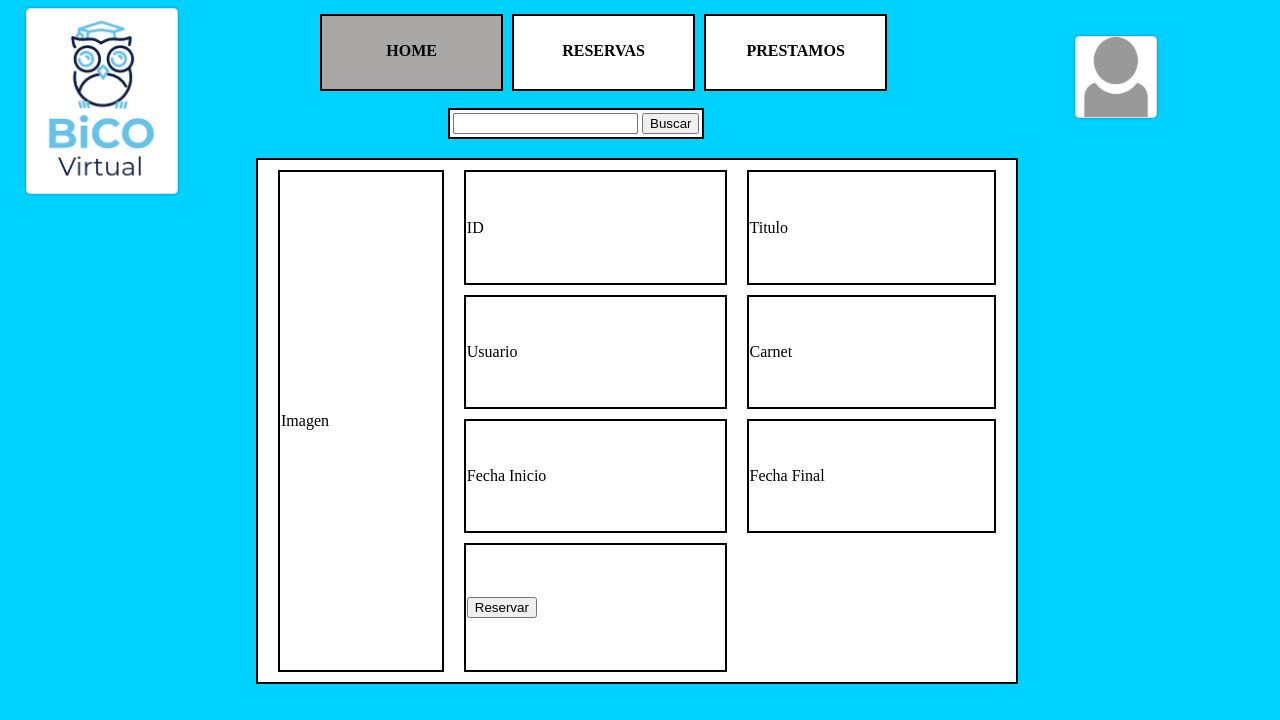
Repository: i72frpeu/IW_Bien
Page: http://localhost/Trabajo_IW/Vistas/Reserva.jsp
These files come from the project's save history. The page is drawn as it stood at one moment and after the next save; the edit follows.
The browser window is 1280 px wide. The pictures show the whole page.
The page is served by Tomcat 9.

Above is the page before, as saved 2020-05-16 20:04:11.

After the next save:
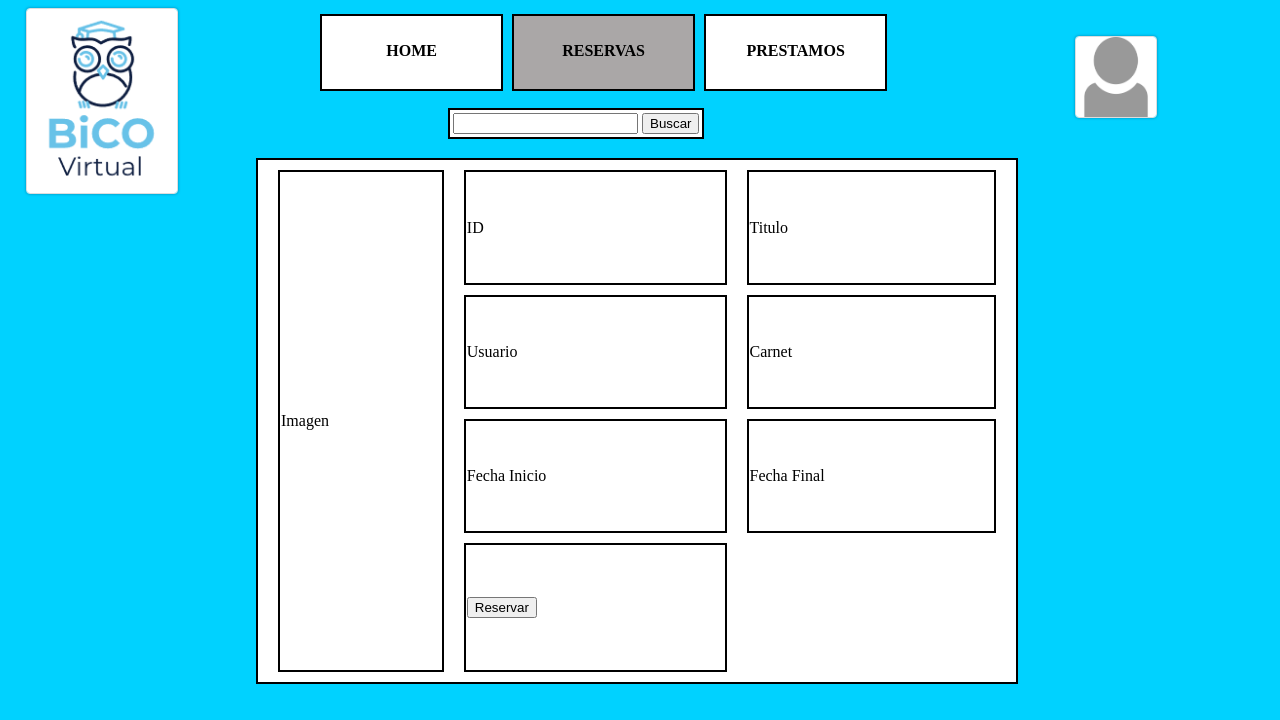
Saved 64 s later.
--- a/WorkSpace/Trabajo IW/WebContent/Vistas/Reserva.jsp
+++ b/WorkSpace/Trabajo IW/WebContent/Vistas/Reserva.jsp
@@ -9,7 +9,7 @@
 	<meta charset="ISO-8859-1">
 	<title>Libro</title>
 	<link rel="stylesheet" type="text/css" href="../CSS/header.css">
-	<link rel="stylesheet" type="text/css" href="../CSS/wf4.0.css">
+	<link rel="stylesheet" type="text/css" href="../CSS/wf5.0.css">
 </head>
 
 <body>
